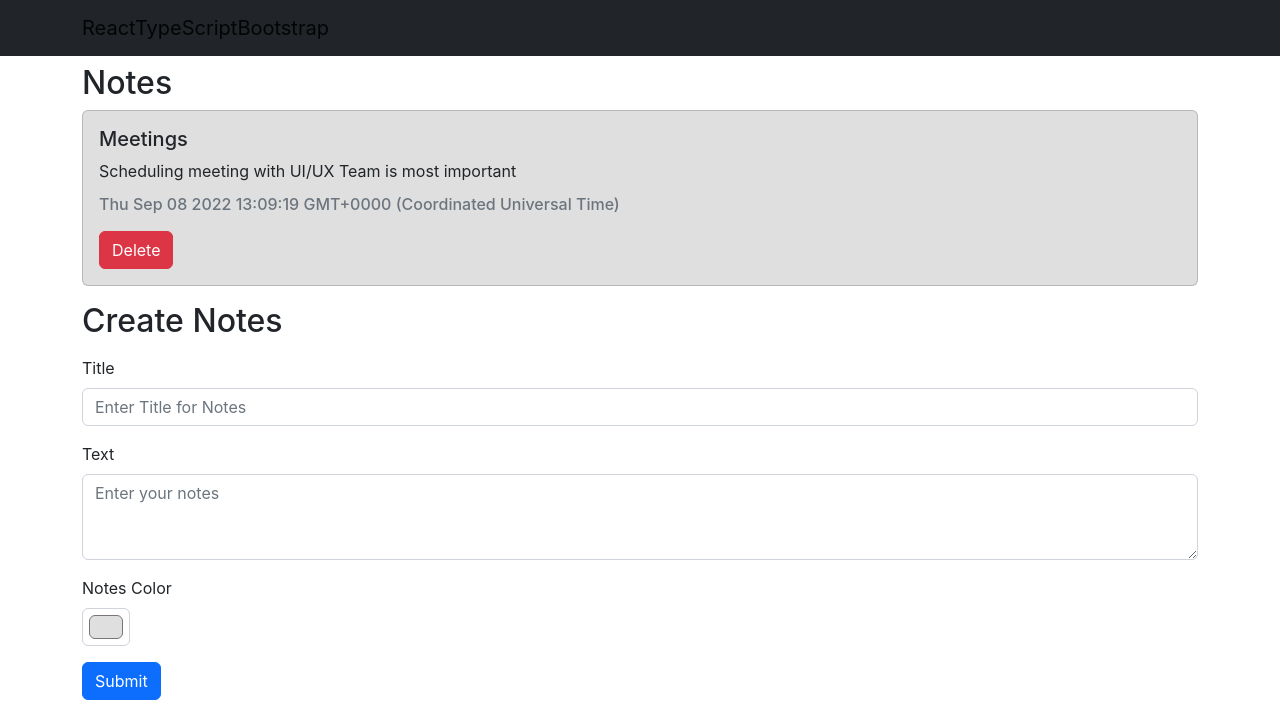
Repository: OmniaRafat232111121/notes
Page: /
An editor plug-in stored every save of this project. The page is shown before and after a run of saves, followed by the edit.
The browser window is 1280 px wide. The pictures show the whole page.
The project was rebuilt for these pictures with package versions that can differ from the ones it lists, and the page was loaded fresh each time. Also part of the build but not shown: src/App.css.

Above is the page before, as saved 2022-09-08 13:12:19.

After the next 5 saves:
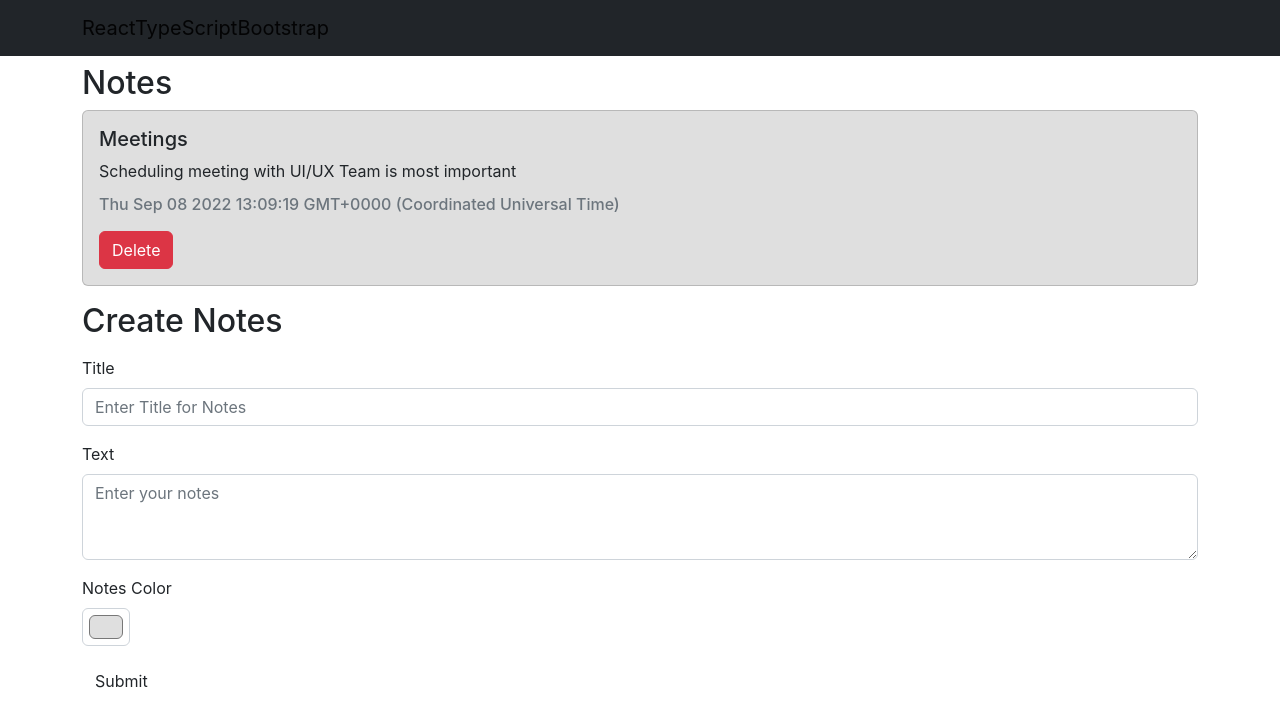
The 5 saves are shown as one change because they came seconds apart.
The last was saved 29 s later.
--- a/src/components/CreateNotes.tsx
+++ b/src/components/CreateNotes.tsx
@@ -25,7 +25,7 @@ const CreateNotes: React.FunctionComponent<ICreateNotesProps> = (props) => {
   <Form.Label htmlFor="colorInput">Notes Color</Form.Label>
   <Form.Control type="color" id="colorInput" defaultValue="#dfdfdf" title="Choose your color" />
   </Form.Group>
-<Button type="submit" variant="primary">Submit</Button>
+<Button type="submit" variant="sucess">Submit</Button>
 </Form>
 </>
   );
